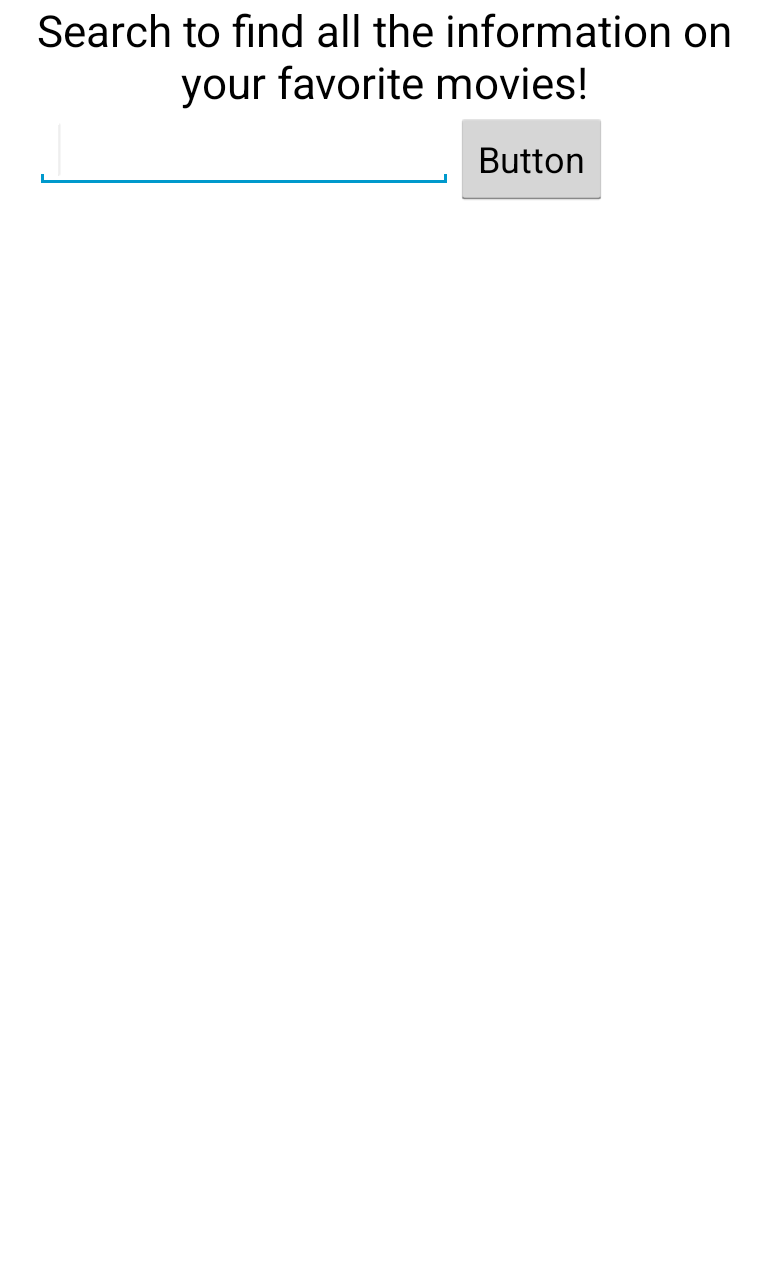
Repository: laurenelder/Java2_Elder
Layout: MovieLookup/res/layout/activity_main.xml
These files come from the project's save history. The layout is drawn as it stood at one moment and after the next save; the edit follows.
It is drawn on a 768 x 1280 px phone screen (xhdpi) without system bars, with theme AppTheme; the app's code is not run. Lists and similar views that code fills are empty.

Above is the layout before, as saved 2014-07-09 23:24:25.

After the next save:
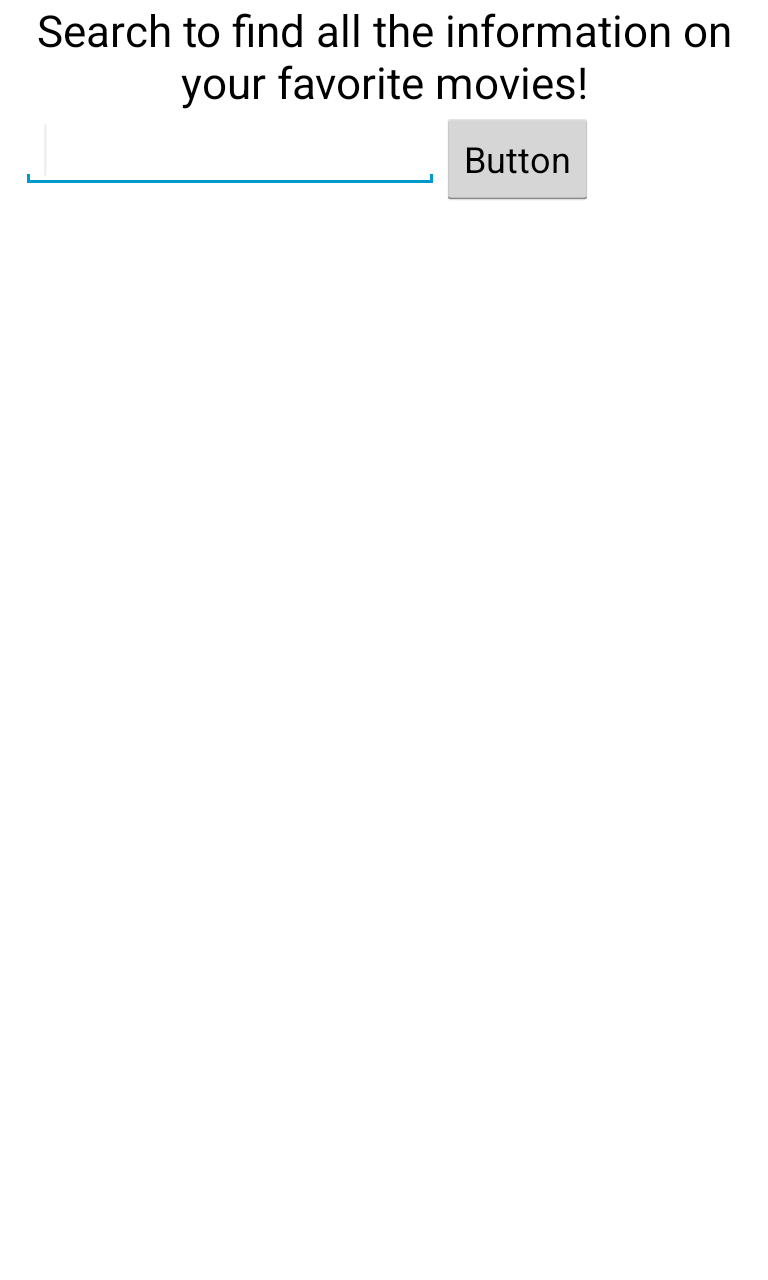
Saved 69 s later.
--- a/MovieLookup/res/layout/activity_main.xml
+++ b/MovieLookup/res/layout/activity_main.xml
@@ -26,7 +26,7 @@
             android:layout_height="wrap_content"
             android:layout_alignParentLeft="true"
             android:layout_alignParentTop="true"
-            android:layout_marginLeft="17dp"
+            android:layout_marginLeft="10dp"
             android:ems="10" >
 
             <requestFocus />
